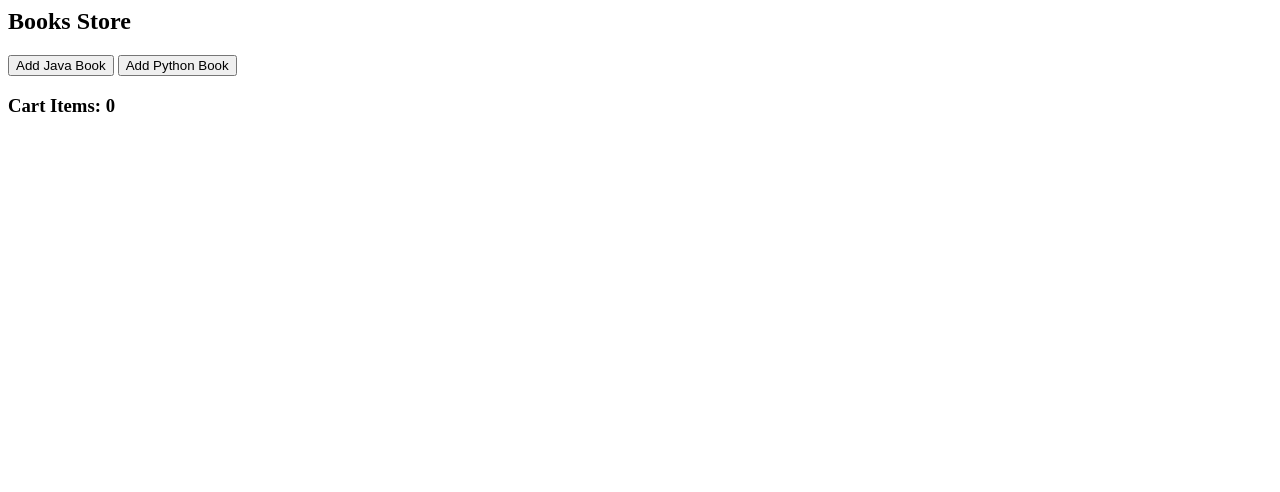
Repository: pranatirao365/WT
Page: http://localhost/ShoppingCartApp/
The author's editor kept a copy of each file at every save. The page is drawn from the files as they stood at one save, then again after the next save.
The browser window is 1280 px wide. The pictures show the whole page.
The page is served by Tomcat 10.

Above is the page before, as saved 2026-04-26 11:56:42.

After the next save:
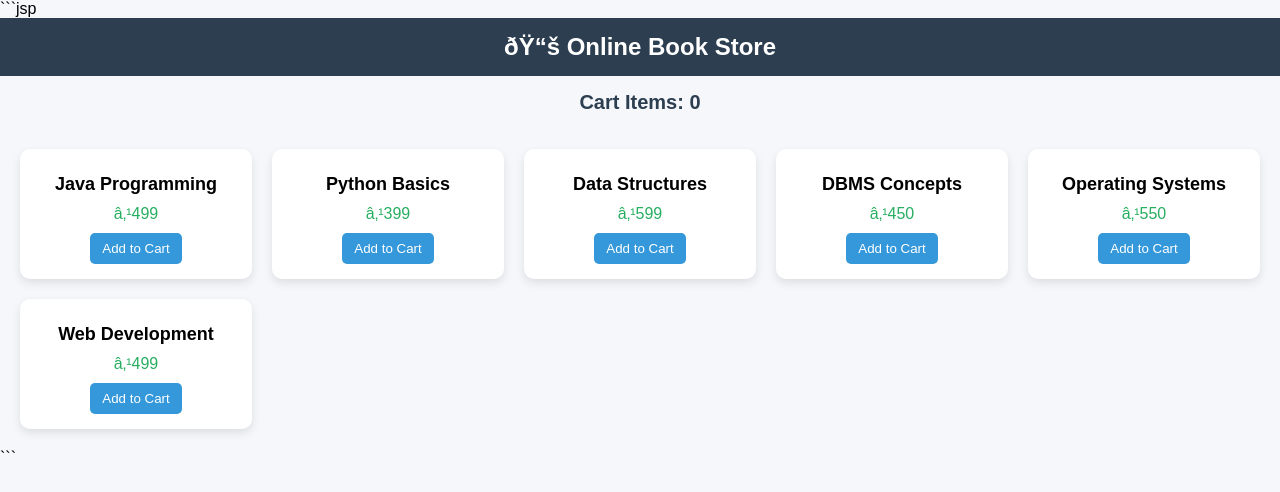
Saved 2 min 58 s later.
--- a/week-12/ShoppingCartApp/src/main/webapp/index.jsp
+++ b/week-12/ShoppingCartApp/src/main/webapp/index.jsp
@@ -1,15 +1,126 @@
+```jsp
 <html>
 <head>
+    <title>Book Store</title>
+
+    <style>
+        body {
+            font-family: Arial, sans-serif;
+            background-color: #f5f7fa;
+            margin: 0;
+            padding: 0;
+        }
+
+        h2 {
+            text-align: center;
+            background-color: #2c3e50;
+            color: white;
+            padding: 15px;
+            margin: 0;
+        }
+
+        #cartCount {
+            text-align: center;
+            font-size: 20px;
+            margin: 15px;
+            color: #2c3e50;
+        }
+
+        .container {
+            display: grid;
+            grid-template-columns: repeat(auto-fit, minmax(220px, 1fr));
+            gap: 20px;
+            padding: 20px;
+        }
+
+        .book-card {
+            background: white;
+            padding: 15px;
+            border-radius: 10px;
+            box-shadow: 0 4px 10px rgba(0,0,0,0.1);
+            text-align: center;
+            transition: transform 0.2s ease;
+        }
+
+        .book-card:hover {
+            transform: translateY(-5px);
+        }
+
+        .book-title {
+            font-size: 18px;
+            font-weight: bold;
+            margin: 10px 0;
+        }
+
+        .price {
+            color: #27ae60;
+            font-size: 16px;
+            margin-bottom: 10px;
+        }
+
+        button {
+            background-color: #3498db;
+            color: white;
+            border: none;
+            padding: 8px 12px;
+            border-radius: 5px;
+            cursor: pointer;
+        }
+
+        button:hover {
+            background-color: #2980b9;
+        }
+    </style>
+
     <script src="cart.js"></script>
 </head>
+
 <body>
 
-<h2>Books Store</h2>
-
-<button onclick="addToCart('Java Book')">Add Java Book</button>
-<button onclick="addToCart('Python Book')">Add Python Book</button>
+<h2>📚 Online Book Store</h2>
 
 <h3 id="cartCount">Cart Items: 0</h3>
 
+<div class="container">
+
+    <div class="book-card">
+        <div class="book-title">Java Programming</div>
+        <div class="price">₹499</div>
+        <button onclick="addToCart('Java Programming')">Add to Cart</button>
+    </div>
+
+    <div class="book-card">
+        <div class="book-title">Python Basics</div>
+        <div class="price">₹399</div>
+        <button onclick="addToCart('Python Basics')">Add to Cart</button>
+    </div>
+
+    <div class="book-card">
+        <div class="book-title">Data Structures</div>
+        <div class="price">₹599</div>
+        <button onclick="addToCart('Data Structures')">Add to Cart</button>
+    </div>
+
+    <div class="book-card">
+        <div class="book-title">DBMS Concepts</div>
+        <div class="price">₹450</div>
+        <button onclick="addToCart('DBMS Concepts')">Add to Cart</button>
+    </div>
+
+    <div class="book-card">
+        <div class="book-title">Operating Systems</div>
+        <div class="price">₹550</div>
+        <button onclick="addToCart('Operating Systems')">Add to Cart</button>
+    </div>
+
+    <div class="book-card">
+        <div class="book-title">Web Development</div>
+        <div class="price">₹499</div>
+        <button onclick="addToCart('Web Development')">Add to Cart</button>
+    </div>
+
+</div>
+
 </body>
 </html>
+```
